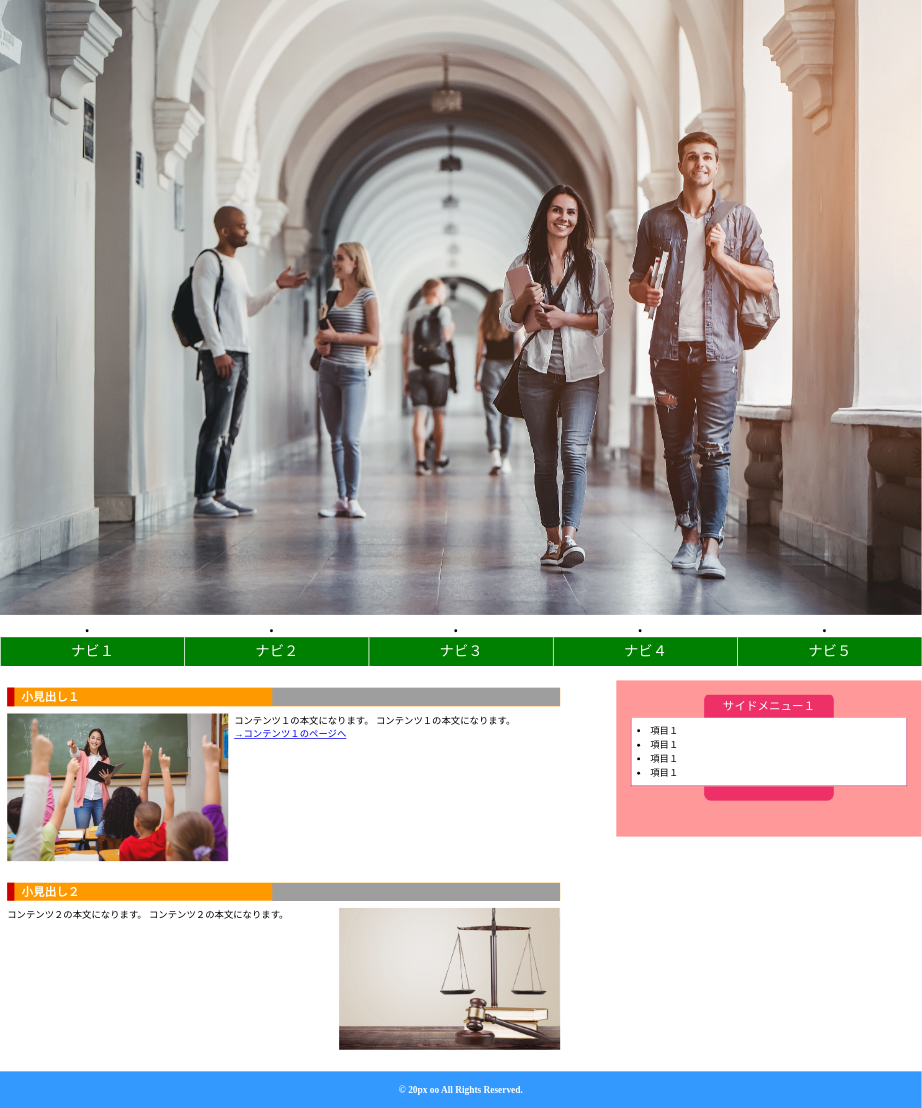
Repository: masami-a/samurai_HTML-CSS
Page: home.html
The author's editor kept a record of every edit. The page is drawn from the files as they stood at one moment, then again after the next edit.
The browser window is 1280 px wide. The pictures show the whole page, at 72% of full size.
Pictures or frames that could not be fetched are drawn as grey boxes.

Above is the page before.

### home.html
<!DOCTYPE html>
<html lang="ja">
<head>
    <meta charset="UTF-8">
    <title>HTMLCSSの学習</title>
    <link rel="stylesheet"href="stylesheet.css">
</head>
<body>
    <div id="header">
        <h1><a href="index.html"><img id="corridor" src="images/corridor.jpg" alt="大学の廊下"/> </a></h1>
    </div>
    <div id="wrapper">
        <div id="nav">
            <u1>
                <li><a href="home.html">ナビ１</a></li>
                <li><a href="#">ナビ２</a></li>
                <li><a href="#">ナビ３</a></li>
                <li><a href="#">ナビ４</a></li>
                <li><a href="#">ナビ５</a></li>
            </u1>
        </div>
         <div id="container">
             <div id="main">
                 <div class="post clearfix">
                     <h2>小見出し１</h2>
                     <img class="left" src="images/classroom.jpg" alt="授業風景"/>
                     <p>
                         コンテンツ１の本文になります。
                         コンテンツ１の本文になります。
                     </p>
                     <p><a href="#">→コンテンツ１のページへ</a></p>
                 </div>
                 <div class="post clearfix">
                     <h2>小見出し２</h2>
                     <img class="right" src="images/scale.jpg" alt="天秤"/>
                     <p>
                         コンテンツ２の本文になります。
                         コンテンツ２の本文になります。
                     </p>
                 </div>
             </div>
             <div id="side">
                 <div class="box">
                     <h2>サイドメニュー１</h2>
                     <div class="boxBody">
                         <u1>
                             <li>項目１</li>
                              <li>項目１</li>
                               <li>項目１</li>
                                <li>項目１</li>
                         </u1>
                     </div>
                 </div>
             </div>
         </div>
    </div>
    <div id="footer">
        <p>&copy; 20px oo All Rights Reserved.</p>
    </div>
</body>
</html>

### stylesheet.css
@charset"utf-8";

body{
    margin:0;
    padding:0;
    font-family:"ヒラギノ角ゴ pro W3;","Hiragino kaku Gothic Pro","メイリオ"
    color:#333;
    font-size:13px;
    line-height:150%;
}

/*------------wrapper----------*/
#wrapper{
    width: 100%;
    margin: auto;
    padding:0px;
    border:0px;
    background-color: #FFF;
 top: 10px;
 position: relative;
}

/*----------header---------*/
#header{
    width: 100%;
}
#header h1{
    margin: 0;
    padding: 0;
}

#corridor{
    width: 100%;
    height: auto;
}

/*----------footer--------*/
#footer{
    clear:both;
    width: 100%;
    padding: 3px 0 3px 0;
    background: #39F;
    color: #FFF;
    font-weight: bold;
    text-align: center;
}
/*----------nav----------*/
#nav{
    width: 100%;
}
#nav ul{
    margin: 0;
    padding: 0;
    list-style-type: none;
}
#nav u1 li{
    float: left;
    width: 20%;
    text-align: center;
}
#nav u1 li a{
    display: block;
    height: 20px;
    margin: 0;
    padding: 10px;
    color: #FFF;
    font-size: 20px;
    text-decoration: none;
    background-color: green;
    border-left: 1px solid white;
}

#nav u1 li a:hover{
    filter:drop-shadow(10px 10px 10px black);
}

/*----------container----------*/
#container{
    width: 100%;
    margin: auto;
    padding: auto;
    padding-top: 20px;
    clear: both;
}
/*----------main----------*/
#main{
    float: left;
    width: 60%;
    padding: 10px 30px 10px 10px;
}
#main h2{
    margin: 0 0 10px 0;
    padding: 3px 10px 3px 10px;
    color: #FFF;
    font-size: 16px;
    border-left:solid 10px #C00;
    background:#F90 url(../images/main_h2.jpg)right top repeat-y;
}
#main p{
    margin: 0;
    padding: 0;
}
#main .post{
    margin: 0 0 30px 0;
}

#main .post img.right{
    margin: 0 0 0 8px;
}
#main .post img.left{
    margin: 0 8px 0 0;
}

.right{
    float: right;
    width: 40%;
    height: auto;
}
.left{
    float: left;
    width: 40%;
    height: auto;
}

/*----------clearfix----------*/
.clearfix{
    zoom: 1;
}
.clearfix:after{
    content: "";
    display: block;
    clear: both;
}

/*----------side----------*/
#side{
    float: right;
    width: 30%;
    padding: 20px;
    background-color: #F99;
}
#side .box{
    margin: 0 auto 30px auto;
    padding: 0 0 20px 0;
    background: url(images/side_box.png)bottom no-repeat;
}
#side .box h2{
    margin: 0;
    padding: 8px;
    text-align: center;
    color: #fff;
    font-size: 16px;
    line-height: 16px;
    font-weight: normal;
    background: url(images/side_box_h2.png)center no-repeat;
}
#side .box .boxBody {
 	 padding: 8px;
 	 border-right: solid 1px #C36;
 	 border-bottom: solid 1px #C36;
 	 border-left: solid 1px #C36;
 	 background: #fff;
 }
 #side .box .boxBody ul {
 	 margin: 0 0 16px 0;
 	 padding: 0;
 }
 #side .box .boxBody ul li {
 	 padding: 8px 0 8px 4px;
 	 list-style: none;
 	 border-bottom: solid 1px #C36;
 }

 #side .box .boxBody ul

After the next edit:
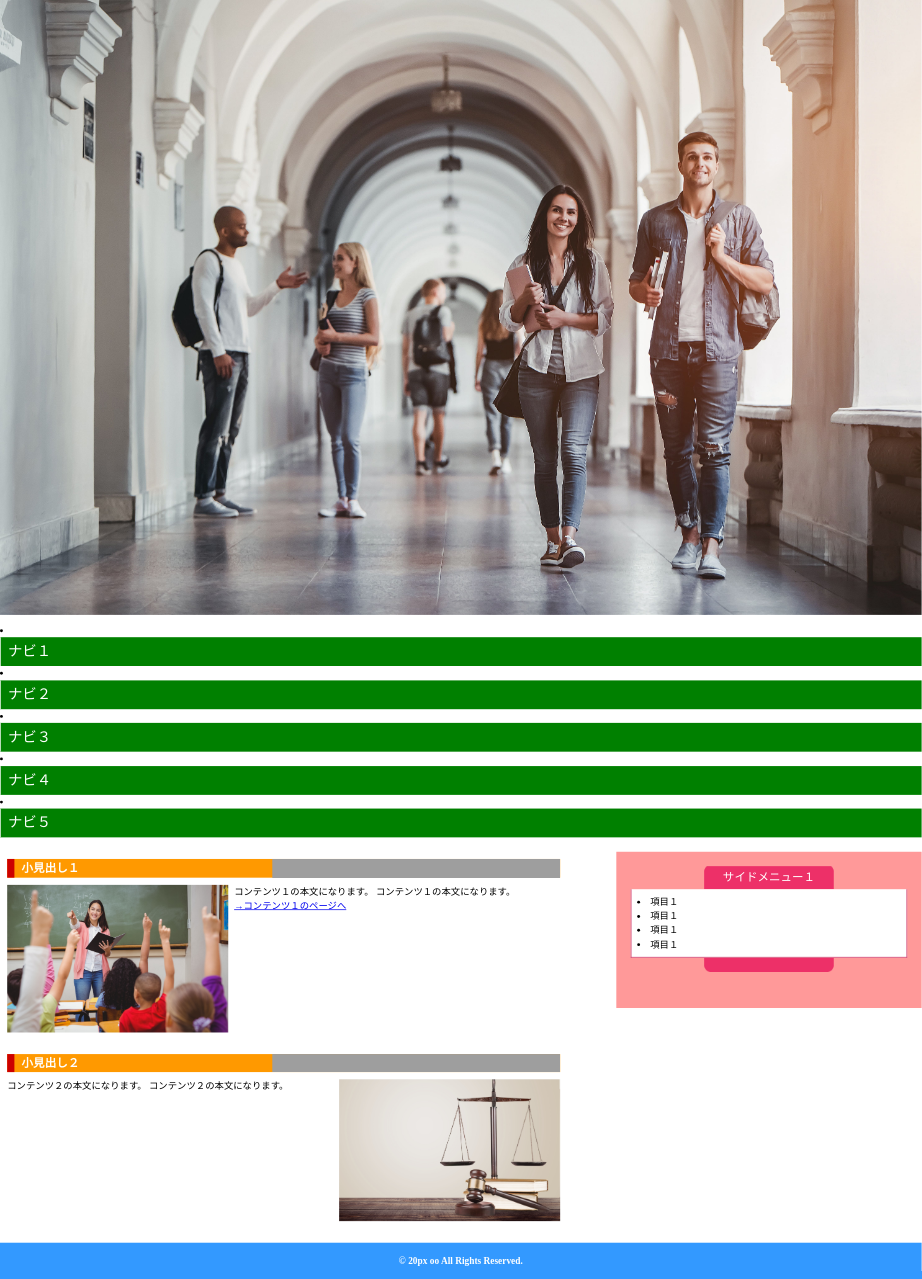
The edit:
--- a/stylesheet.css
+++ b/stylesheet.css
@@ -53,7 +53,7 @@
     padding: 0;
     list-style-type: none;
 }
-#nav u1 li{
+#nav ul li{
     float: left;
     width: 20%;
     text-align: center;
